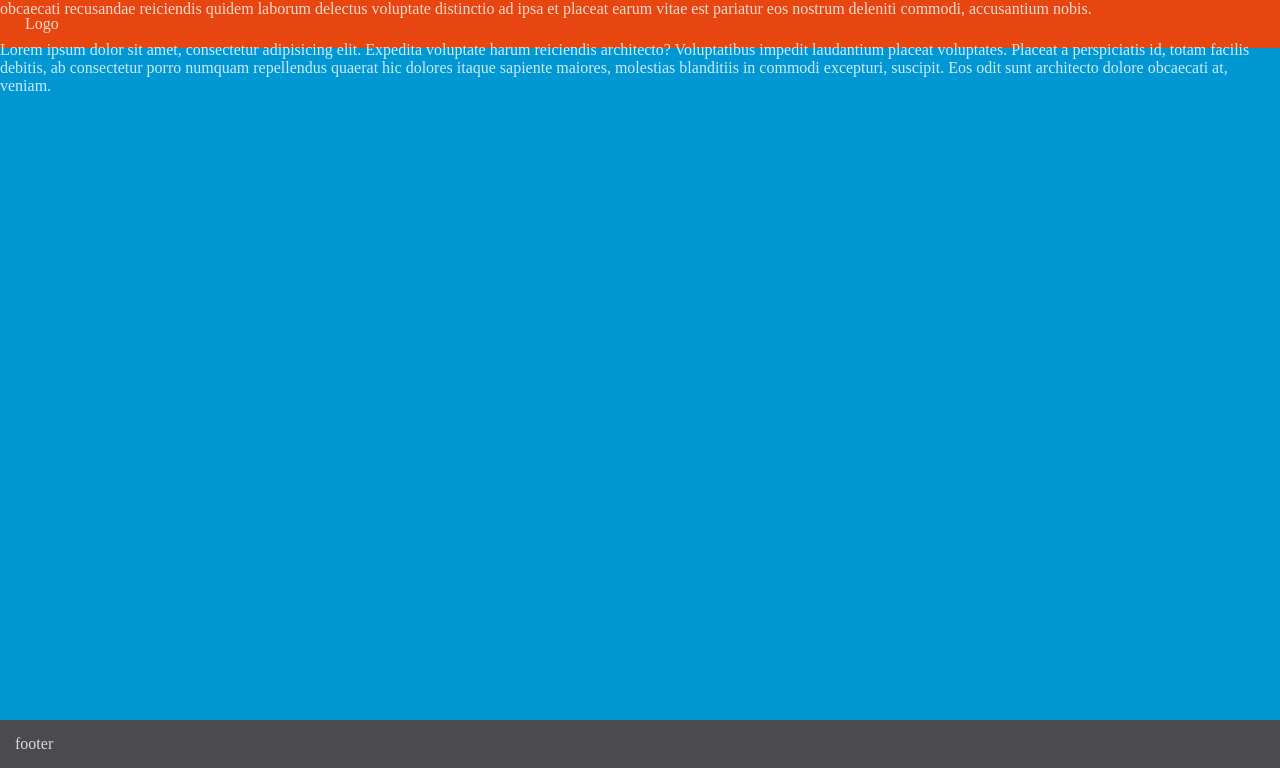
Repository: Matt-F90/mini-project
Page: index.html
The author's editor kept a record of every edit. The page is drawn from the files as they stood at one moment, then again after the next edit.
The browser window is 1280 px wide. The pictures show the whole page.

Above is the page before.

### index.html
<!DOCTYPE html>
<html lang="en">
<head>
    <meta charset="UTF-8">
    <meta name="viewport" content="width=device-width, initial-scale=1.0">
    <meta http-equiv="X-UA-Compatible" content="ie=edge">
    <link rel="stylesheet" type="text/css" href="main.css">
    <title>Document</title>
</head>
<body>
    <main class="main">
        <header class="header">
            <div class="logo">Logo</div>
        </header>


        <section class="section">
          <div class="vcentre">
              <article class="article column column-60">
              <p class="section-paragraph">
                  Lorem ipsum dolor sit amet, consectetur adipisicing elit. Eius obcaecati assumenda omnis, sunt optio sequi vitae ad cumque atque dignissimos aspernatur illo vel animi amet, iusto dolores! Mollitia obcaecati recusandae reiciendis quidem laborum delectus voluptate distinctio ad ipsa et placeat earum vitae est pariatur eos nostrum deleniti commodi, accusantium nobis.
              </p>
          </article>
          <aside class="aside column column-40">
              <p class="section-paragraph">
                  Lorem ipsum dolor sit amet, consectetur adipisicing elit. Expedita voluptate harum reiciendis architecto? Voluptatibus impedit laudantium placeat voluptates. Placeat a perspiciatis id, totam facilis debitis, ab consectetur porro numquam repellendus quaerat hic dolores itaque sapiente maiores, molestias blanditiis in commodi excepturi, suscipit. Eos odit sunt architecto dolore obcaecati at, veniam.
              </p>
          </aside>
          </div>
        </section>

        <footer class="footer">
            footer
        </footer>
          </main>
</body>
</html>

### main.css
body, html {
    height:100%;
    margin: 0;
    color: rgba(255, 255, 255, .8)
}

.header {
    position: fixed;
    top: 0;
    left: 0;
    right: 0;
    background-color: #e84610;
    padding: 15px 25px;
}

.main {
    height:100%;
}

.section {
    background-color: #0097d3;
    height: 100%;
}
.article, .aside {
    position: relative;
    top: 50%;
    transform: translateY(-50%);
}

.footer {
    background-color: #4a4a4f;
    padding: 15px
}

.column {
    float: left
}

@media (min-width: 768px) {
    column-60 {
        width: 60%;
    }
    .
}

After the next edit:
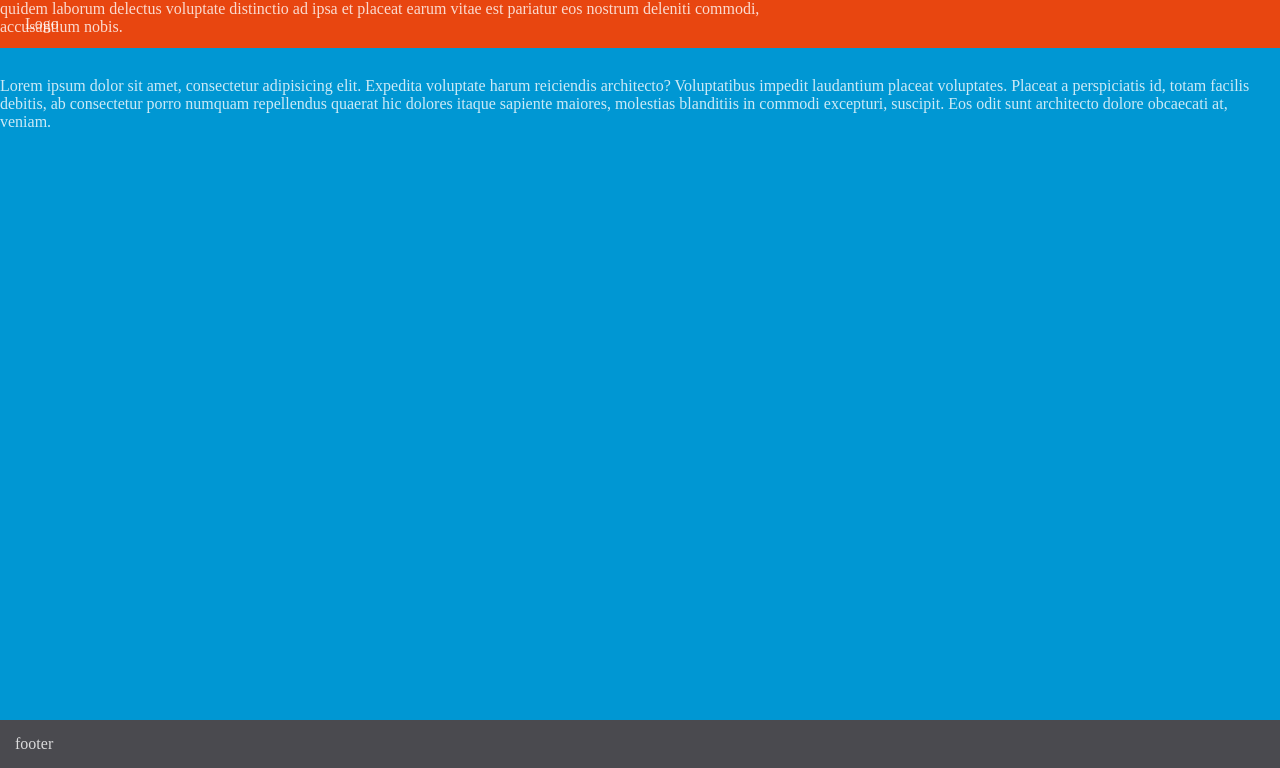
The edit:
--- a/main.css
+++ b/main.css
@@ -37,7 +37,7 @@
 }
 
 @media (min-width: 768px) {
-    column-60 {
+    .column-60 {
         width: 60%;
     }
     .
